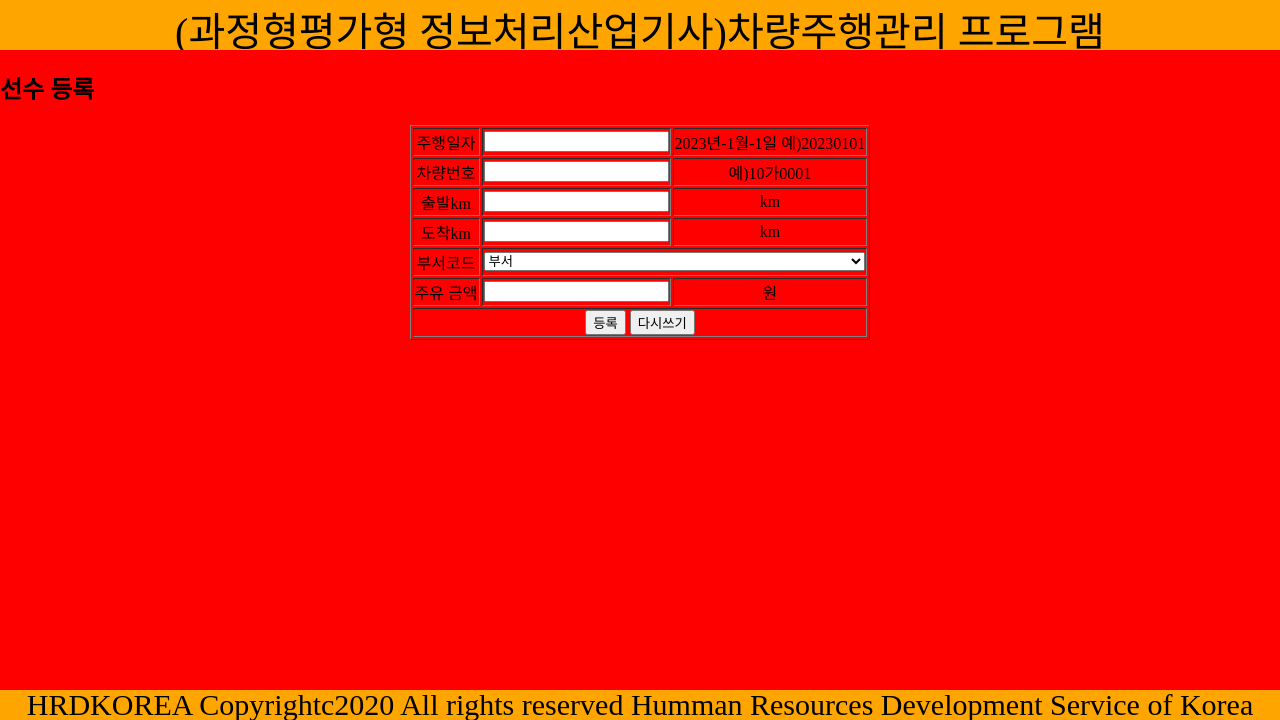
Repository: jeajune0221/information
Page: http://localhost/HRD_2411/join.jsp
An editor plug-in stored every save of this project. The page is shown before and after the next save, followed by the edit.
The browser window is 1280 px wide. The pictures show the whole page.
The page is served by Tomcat 9. Queries for data that is not in the repository find no rows.

Above is the page before, as saved 2026-04-13 08:44:01.

### HRD_2411/src/main/webapp/join.jsp
<%@ page language="java" contentType="text/html; charset=UTF-8"
    pageEncoding="UTF-8"%>
        <%@include file = "db_connect.jsp" %>

<!DOCTYPE html>
<html>
<head>
<meta charset="UTF-8">
<title>Insert title here</title>
<link href ="style.css" rel ="stylesheet">
</head>
<body>
<script type = "text/javascript" src = "check.js"></script>
<jsp:include page="header.jsp"></jsp:include>
<section>
<H2>선수 등록</H2>
<form method="post" action ="join_action.jsp" name = "frm" style = "display : flex; align-items : center; justify-content : center; text-align : center">
<table border = 1>
<%
request.setCharacterEncoding("UTF-8");
String pid = "";
try{
	String query ="select max(pid)+1 as pid from giants_player";
	PreparedStatement pstmt = con.prepareStatement(query);
	ResultSet rs = pstmt.executeQuery(query);
	rs.next();
	pid = rs.getString("pid");
}catch (Exception e){

}

 %>

<tr>
	<td>
	주행일자
	</td>
	<td><input type = "text" name = "drv_date" ></td>
	<td>2023년-1월-1일 예)20230101</td>
</tr>
<tr>
<td>차량번호</td>
<td><input type = "text" name = "car_no" ></td>
<td>예)10가0001</td>
</tr>
<tr>
<td>출발km</td>
<td><input type ="text" name = "drv_start"></td>
<td>km</td>
</tr>
<tr>
<td>도착km</td>
<td><input type ="text" name ="drv_end"></td>
<td>km</td>
</tr>
<tr>
<td>부서코드</td>
<td colspan = 2>
<select name ="dept" style ="width : 100%">
<option value ="">부서</option>
<option value ="영업부">[10]영업부</option>
<option value ="총무부">[20]총무부</option>
<option value ="구매부">[30]구매부</option>
<option value ="개발부">[40]개발부</option>

</select>
</td>
</tr>
<tr>
<td>주유 금액</td>
<td ><input type="text" name ="drv_money"></td>

<td>원</td>
</tr>
<tr>
<td colspan = 3>
<input type = "submit" value ="등록" onclick ="return checkJoin()">
<input type = "reset" value ="다시쓰기" onclick = "rewrite()">

</td>
</tr>

</table>
</form>
</section>
<jsp:include page="footer.jsp"></jsp:include>
</body>
</html>

### HRD_2411/src/main/webapp/db_connect.jsp
<%@ page language="java" contentType="text/html; charset=UTF-8"
    pageEncoding="UTF-8"%>
<%@ page import = "java.sql.*" %>
<%
Class.forName("oracle.jdbc.OracleDriver");
Connection con = DriverManager.getConnection("jdbc:oracle:thin:@//localhost:1521/xe","system","1234");
%>

### HRD_2411/src/main/webapp/header.jsp
<%@ page language="java" contentType="text/html; charset=UTF-8"
    pageEncoding="UTF-8"%>
<!DOCTYPE html>
<html>
<head>
<meta charset="UTF-8">
<title>Insert title here</title>
<link href = "style.css" rel = "stylesheet">

</head>
<body>
<header>(과정형평가형 정보처리산업기사)차량주행관리 프로그램</header>
<nav>
<a href="list.jsp">차량 조회</a>
<a href="join.jsp">주행내역등록</a>
<a href="drivelist.jsp">주행내역조회</a>
<a href="drivestatus.jsp">부서별주행통계</a>
<a href="index.jsp">홈으로</a>



</nav>
</body>
</html>

### HRD_2411/src/main/webapp/footer.jsp
<%@ page language="java" contentType="text/html; charset=UTF-8"
    pageEncoding="UTF-8"%>
<!DOCTYPE html>
<html>
<head>
<meta charset="UTF-8">
<title>Insert title here</title>
<link href = "style.css" rel = "stylesheet">

</head>
<body>
<footer>HRDKOREA Copyrightc2020 All rights reserved Humman Resources Development Service of Korea</footer>
</body>
</html>

### HRD_2411/src/main/webapp/style.css
@charset "UTF-8";

header{
	position :fixed;
	top:0px;
	left : 0px;
	width : 100%;
	height : 70px;
	background : orange;
	text-align:center;
	font-size : 40px;
}
nav{
	position : fixed;
	top : 70px;
	left : 0px;
	width : 100%;
	height : 40px;
	background : pink;
	line-height : 40px;
	padding-left : 20px;
	font-size : 20px;
}
section{
	display : fixed;
	position : fixed;
	top : 50px;
	left : 0px;
	width : 100%;
	height : 100%;
	background : lightgray;
	text-align : center;
	justify-content: center;
	align-items: center;
	text-align: left;
	background : red;
}

footer{
	position : fixed;
	bottom : 0px;
	left : 0px;
	width : 100%;
	height : 30px;
	background : orange;
	line-height : 30px;
	text-align : center;
	font-size : 30px;

}

### HRD_2411/src/main/webapp/check.js
function checkJoin() {
    if(frm.drv_date.value.length==0) {
        alert("주행일자가 입력되지 않았습니다!")
        frm.drv_date.focus();
        return false;
    }

    //모든 속성에 대해 유효성 검사
    if(frm.car_no.value=="") {
        alert("차량번호가 입력되지 않았습니다!")
        frm.car_no.focus();
        return false;
    }

    if(frm.drv_start.value=="") {
        alert("출발Km 입력되지 않았습니다.")
        frm.drv_start.focus();
        return false;
    }

    if(frm.drv_end.value=="") {
        alert("도착Km 입력되지 않았습니다.")
        frm.drv_end.focus();
        return false;
    }
    if(frm.dept[0].checked == false && frm.dept[1].checked == false && frm.dept[2].checked == false && frm.pgrade[3].checked == false){
		alert('부서코드가 선택되지 않았습니다! ')
		frm.dept[0].focus()
		return false;
	}
	if(frm.drv_money.value = ""){
		alert("주유금액이 입력되지 않았습니다!")
		frm.drv_money.focus();
	}
}
function rewrite(){
	alert("정보를 지우고 처음부터 다시 입력 합니다.")
}

After the next save:
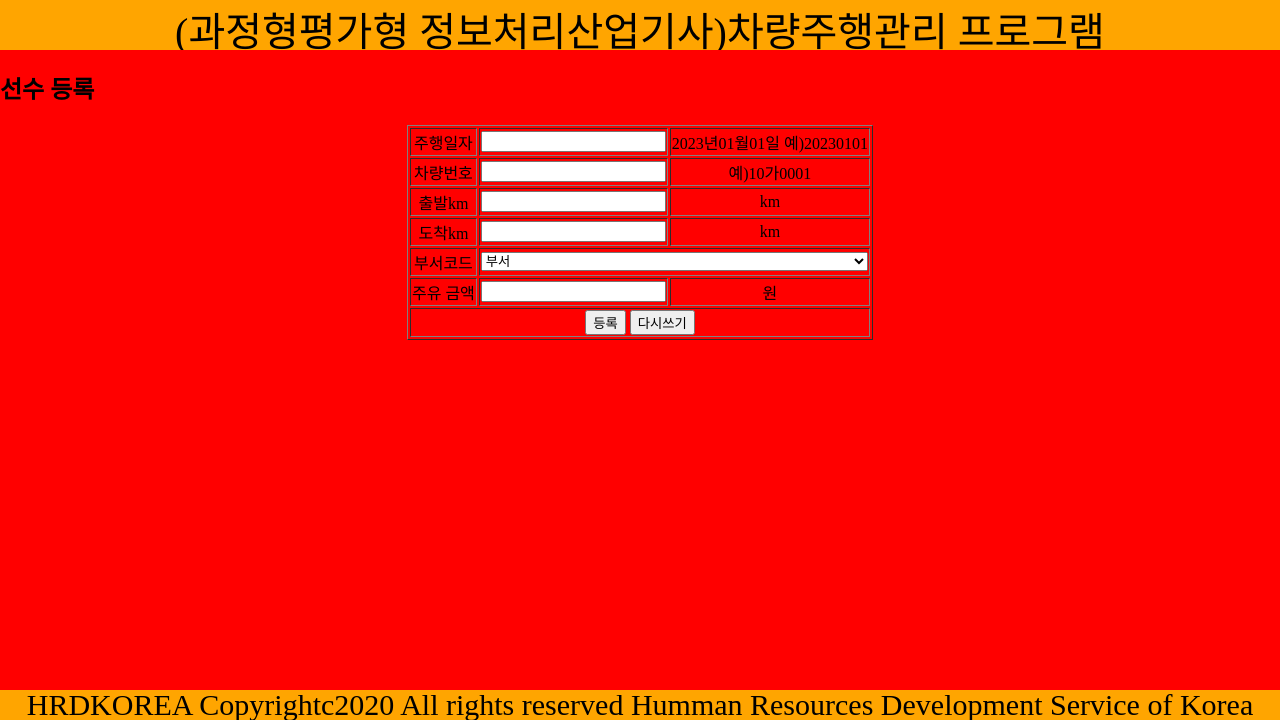
Saved 13 s later.
--- a/HRD_2411/src/main/webapp/join.jsp
+++ b/HRD_2411/src/main/webapp/join.jsp
@@ -36,7 +36,7 @@
 	주행일자
 	</td>
 	<td><input type = "text" name = "drv_date" ></td>
-	<td>2023년-1월-1일 예)20230101</td>
+	<td>2023년01월01일 예)20230101</td>
 </tr>
 <tr>
 <td>차량번호</td>
